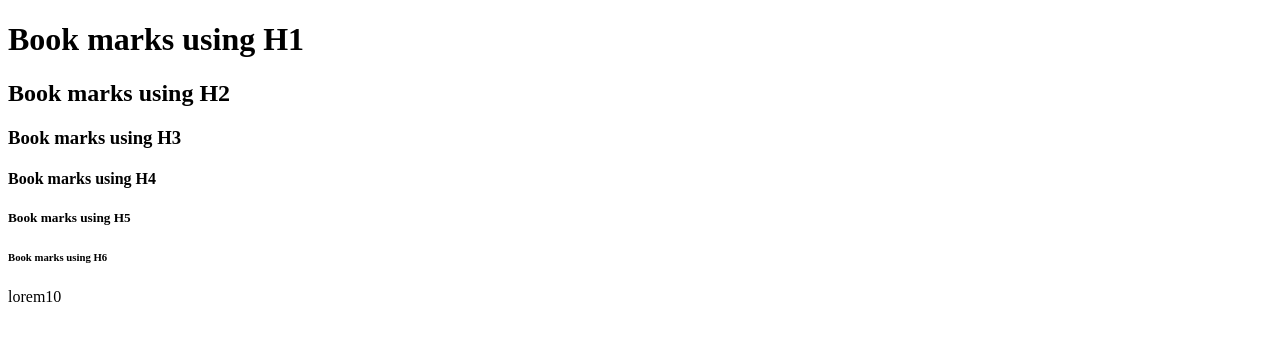
Repository: Mohan2347/Project-2
Page: 2.html
These files come from the project's save history. The page is drawn as it stood at one moment and after a run of saves; the edit follows.
The browser window is 1280 px wide. The pictures show the whole page.

Above is the page before, as saved 2024-11-02 20:36:34.

### 2.html
<!DOCTYPE html>
<html lang="en">
<head>
    <meta charset="UTF-8">
    <meta name="viewport" content="width=device-width, initial-scale=1.0">
    <title>MyBookmarks-Mohan</title>
</head>
<body>
    <h1>Book marks using H1</h1>
    <h2>Book marks using H2</h2>
    <h3>Book marks using H3</h3>
    <h4>Book marks using H4</h4>
    <h5>Book marks using H5</h5>
    <h6>Book marks using H6</h6>

    <p>lorem10</p>
</body>
</html>

After the next 2 saves:
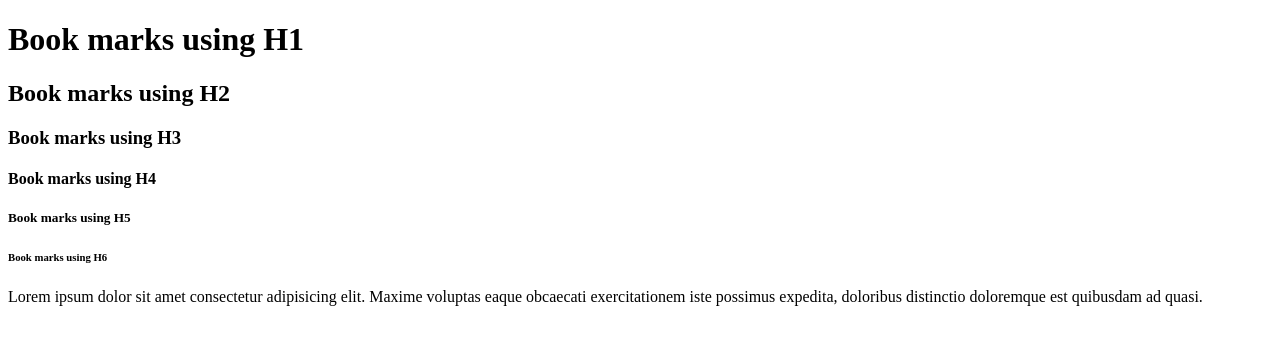
The 2 saves are shown as one change because they came seconds apart.
The last was saved 42 s later.
--- a/2.html
+++ b/2.html
@@ -13,6 +13,6 @@
     <h5>Book marks using H5</h5>
     <h6>Book marks using H6</h6>
 
-    <p>lorem10</p>
+    <p>Lorem ipsum dolor sit amet consectetur adipisicing elit. Maxime voluptas eaque obcaecati exercitationem iste possimus expedita, doloribus distinctio doloremque est quibusdam ad quasi.</p>
 </body>
 </html>
